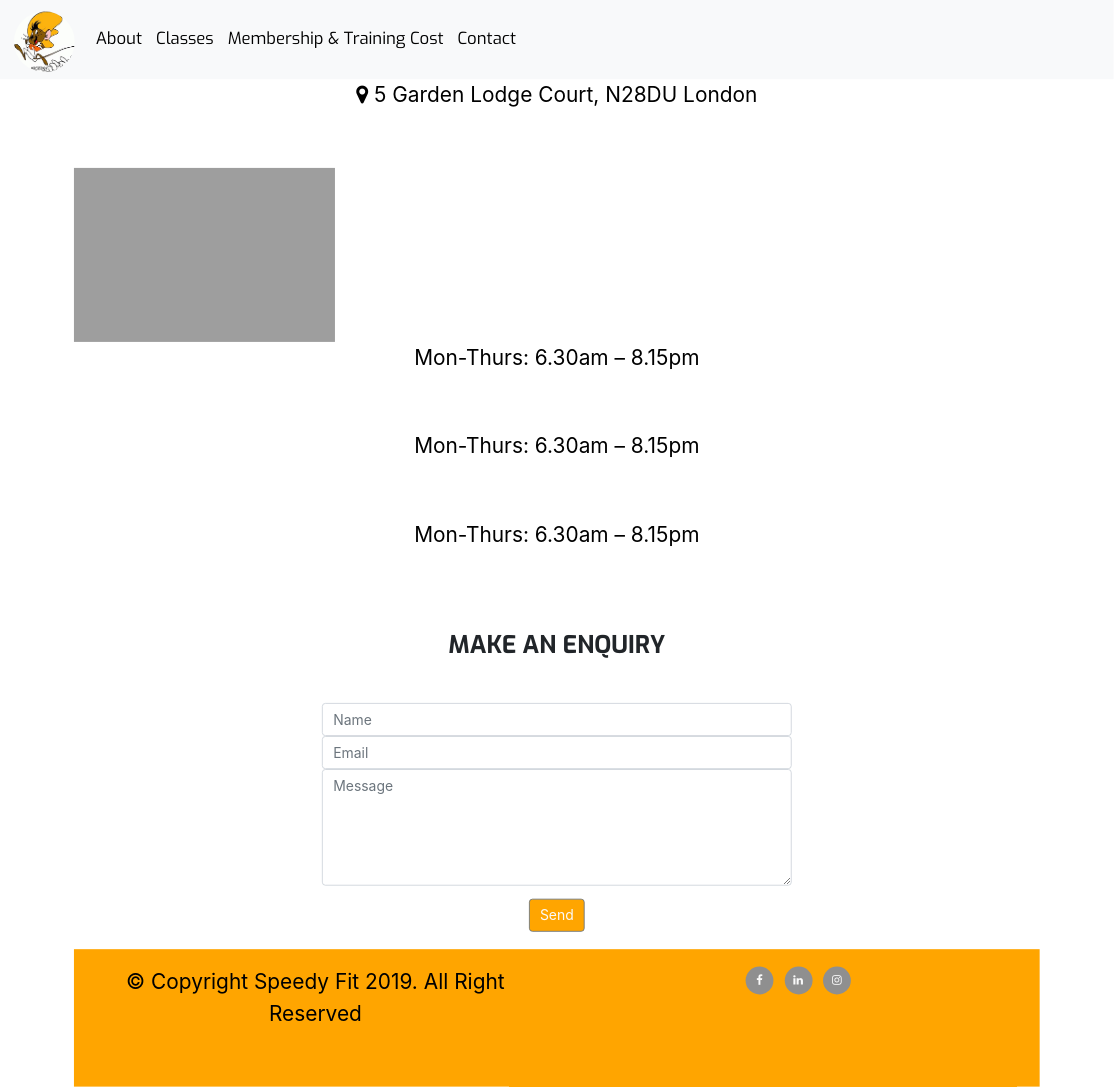
Repository: marcomoreschi/Milestrone-project
Page: contact.html
The author's editor kept a record of every edit. The page is drawn from the files as they stood at one moment, then again after the next edit.
The browser window is 1280 px wide. The pictures show the whole page, at 87% of full size.
Pictures or frames that could not be fetched are drawn as grey boxes. Some web libraries are served in a nearby version.

Above is the page before.

After the next edit:
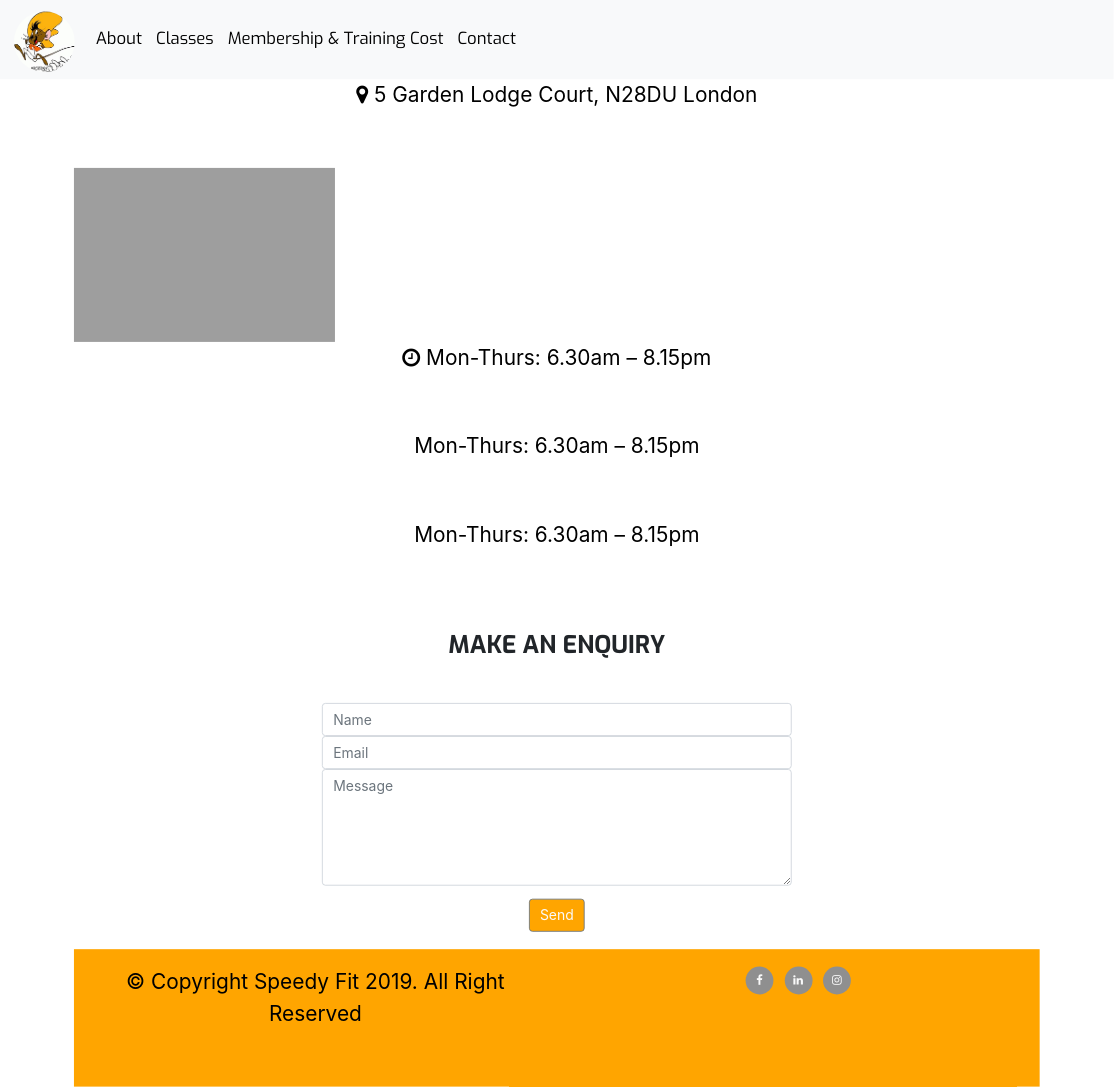
The edit:
--- a/contact.html
+++ b/contact.html
@@ -51,7 +51,8 @@
 <style>.mapouter{ position:relative; text-align:right;height:200px;width:300px;}
 .gmap_canvas {overflow:hidden;background:none!important;height:200px;width:300px;}</style></div>
     <section class="opening-hour">
-        <p>Mon-Thurs: 6.30am – 8.15pm</p>
+
+        <p><i class="fa fa-clock-o" aria-hidden="true"></i> Mon-Thurs: 6.30am – 8.15pm</p>
         <p>Mon-Thurs: 6.30am – 8.15pm</p>
         <p>Mon-Thurs: 6.30am – 8.15pm</p>
     </section>
